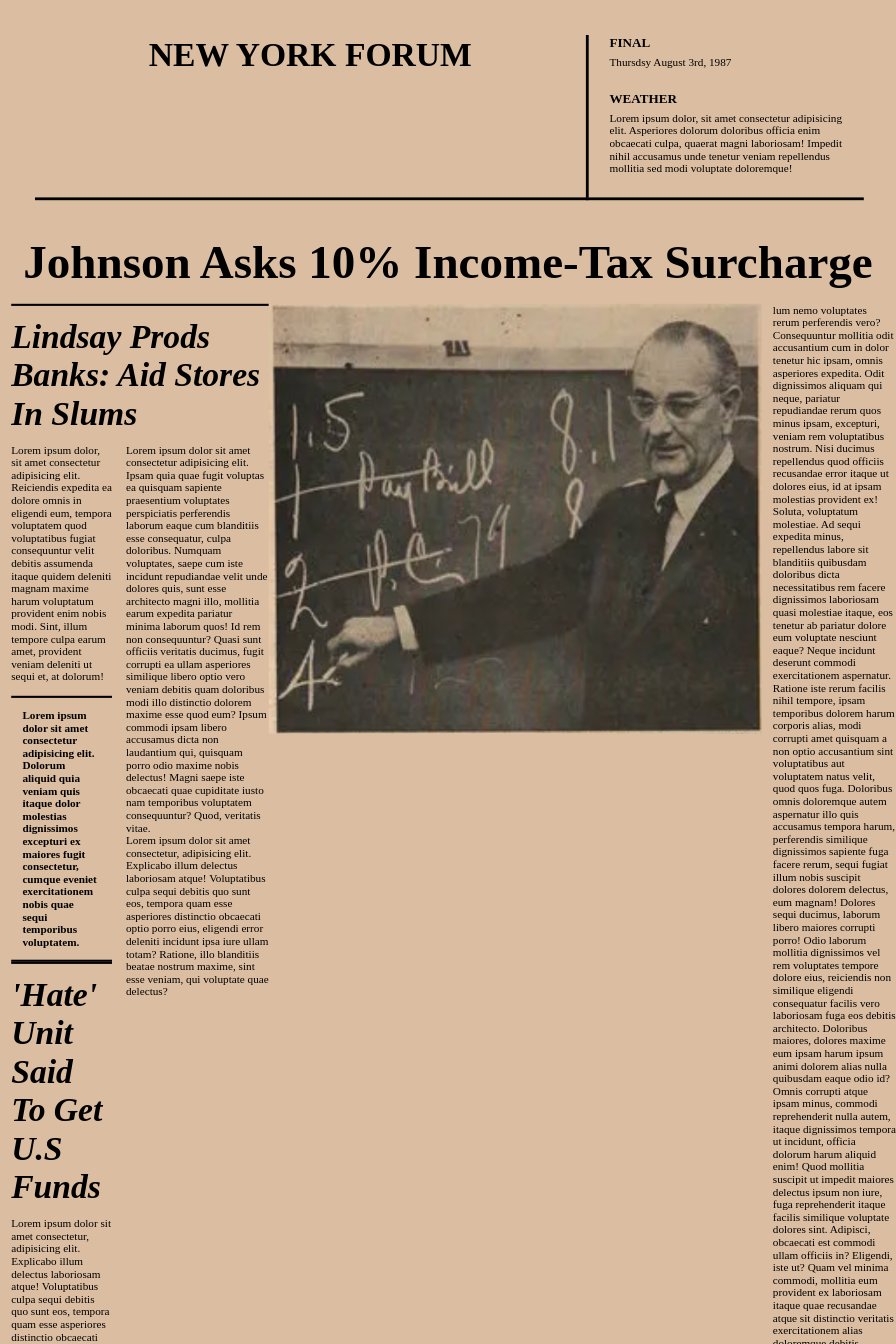
Repository: Arkitecth/newspaper-grid
Page: index.html
These files come from the project's save history. The page is drawn as it stood at one moment and after the next save; the edit follows.
The browser window is 1280 px wide. The pictures show the part of the page from y = 0 to 1920 px (the page is 2522 px tall before and 3522 px after), at 70% of full size.

Above is the page before, as saved 2023-05-29 18:12:07.

### index.html
<!DOCTYPE html>
<html lang="en">
<head>
    <meta charset="UTF-8">
    <meta http-equiv="X-UA-Compatible" content="IE=edge">
    <meta name="viewport" content="width=device-width, initial-scale=1.0">
    <link rel="stylesheet" href="styles.css">
    <title>News Paper</title>
</head>
<body>
    <header id="header">
        <div>
            <h1>New York Forum</h1>
        </div>
        <div class="aside">
            <h3>Final</h3>
            <p>Thursdsy August 3rd, 1987</p>

            <h3>Weather</h3>
            <p>Lorem ipsum dolor, sit amet consectetur adipisicing elit. Asperiores dolorum doloribus officia enim obcaecati culpa, quaerat magni laboriosam! Impedit nihil accusamus unde tenetur veniam repellendus mollitia sed modi voluptate doloremque!</p>
        </div>
        <div class="divider"></div>
        <div class="divider"></div>
    </header>
    <main>
        <h2>Johnson Asks 10% Income-Tax Surcharge</h2>
        <div class="main-grid">
            <div class="left-content">
                <h3>Lindsay Prods Banks: Aid Stores in Slums</h3>
                <div class="sub-grid">
                    <div class="left">
                        <p>Lorem ipsum dolor, sit amet consectetur adipisicing elit. Reiciendis expedita ea dolore omnis in eligendi eum, tempora voluptatem quod voluptatibus fugiat consequuntur velit debitis assumenda itaque quidem deleniti magnam maxime harum voluptatum provident enim nobis modi. Sint, illum tempore culpa earum amet, provident veniam deleniti ut sequi et, at dolorum!</p>
                        <br>
                        <p class="highlight">Lorem ipsum dolor sit amet consectetur adipisicing elit. Dolorum aliquid quia veniam quis itaque dolor molestias dignissimos excepturi ex maiores fugit consectetur, cumque eveniet exercitationem nobis quae sequi temporibus voluptatem.</p>
                        <h3>'Hate' Unit Said to Get U.S Funds</h3>
                        <p>Lorem ipsum dolor sit amet consectetur, adipisicing elit. Explicabo illum delectus laboriosam atque! Voluptatibus culpa sequi debitis quo sunt eos, tempora quam esse asperiores distinctio obcaecati optio porro eius, eligendi error deleniti incidunt ipsa iure ullam totam? Ratione, illo blanditiis beatae nostrum maxime, sint esse veniam, qui voluptate quae delectus?</p>
                    </div>
                    <div class="right">
                        <p>Lorem ipsum dolor sit amet consectetur adipisicing elit. Ipsam quia quae fugit voluptas ea quisquam sapiente praesentium voluptates perspiciatis perferendis laborum eaque cum blanditiis esse consequatur, culpa doloribus. Numquam voluptates, saepe cum iste incidunt repudiandae velit unde dolores quis, sunt esse architecto magni illo, mollitia earum expedita pariatur minima laborum quos! Id rem non consequuntur? Quasi sunt officiis veritatis ducimus, fugit corrupti ea ullam asperiores similique libero optio vero veniam debitis quam doloribus modi illo distinctio dolorem maxime esse quod eum? Ipsum commodi ipsam libero accusamus dicta non laudantium qui, quisquam porro odio maxime nobis delectus! Magni saepe iste obcaecati quae cupiditate iusto nam temporibus voluptatem consequuntur? Quod, veritatis vitae.</p>
                        <p>Lorem ipsum dolor sit amet consectetur, adipisicing elit. Explicabo illum delectus laboriosam atque! Voluptatibus culpa sequi debitis quo sunt eos, tempora quam esse asperiores distinctio obcaecati optio porro eius, eligendi error deleniti incidunt ipsa iure ullam totam? Ratione, illo blanditiis beatae nostrum maxime, sint esse veniam, qui voluptate quae delectus?</p>
                    </div>
                </div>
            </div>

            <div class="middle-content">
                <img src="assets/teacher.png" alt="teacher teaching stuff">
            </div>

            <div class="right-content">
                lum nemo voluptates rerum perferendis vero? Consequuntur mollitia odit accusantium cum in dolor tenetur hic ipsam, omnis asperiores expedita. Odit dignissimos aliquam qui neque, pariatur repudiandae rerum quos minus ipsam, excepturi, veniam rem voluptatibus nostrum. Nisi ducimus repellendus quod officiis recusandae error itaque ut dolores eius, id at ipsam molestias provident ex! Soluta, voluptatum molestiae. Ad sequi expedita minus, repellendus labore sit blanditiis quibusdam doloribus dicta necessitatibus rem facere dignissimos laboriosam quasi molestiae itaque, eos tenetur ab pariatur dolore eum voluptate nesciunt eaque? Neque incidunt deserunt commodi exercitationem aspernatur. Ratione iste rerum facilis nihil tempore, ipsam temporibus dolorem harum corporis alias, modi corrupti amet quisquam a non optio accusantium sint voluptatibus aut voluptatem natus velit, quod quos fuga. Doloribus omnis doloremque autem aspernatur illo quis accusamus tempora harum, perferendis similique dignissimos sapiente fuga facere rerum, sequi fugiat illum nobis suscipit dolores dolorem delectus, eum magnam! Dolores sequi ducimus, laborum libero maiores corrupti porro! Odio laborum mollitia dignissimos vel rem voluptates tempore dolore eius, reiciendis non similique eligendi consequatur facilis vero laboriosam fuga eos debitis architecto. Doloribus maiores, dolores maxime eum ipsam harum ipsum animi dolorem alias nulla quibusdam eaque odio id? Omnis corrupti atque ipsam minus, commodi reprehenderit nulla autem, itaque dignissimos tempora ut incidunt, officia dolorum harum aliquid enim! Quod mollitia suscipit ut impedit maiores delectus ipsum non iure, fuga reprehenderit itaque facilis similique voluptate dolores sint. Adipisci, obcaecati est commodi ullam officiis in? Eligendi, iste ut? Quam vel minima commodi, mollitia eum provident ex laboriosam itaque quae recusandae atque sit distinctio veritatis exercitationem alias doloremque debitis inventore accusantium perspiciatis ut cumque quis, nesciunt ducimus dolorum? Voluptate fugit excepturi soluta sed sunt perspiciatis. Harum nihil dolores magnam cumque quod sunt dicta hic consectetur perspiciatis, iste dolor iure quam modi facilis adipisci esse sapiente enim officiis, eius facere fuga ullam? Error, molestiae doloremque! Illum rerum nemo rem odio repudiandae, earum dolorum temporibus obcaecati accusamus pariatur dignissimos. Saepe officiis sed beatae aut obcaecati molestiae tenetur nostrum eum ad ipsam fuga dolores dolor veritatis culpa dolorum deserunt ipsa, fugit sit atque quibusdam. Ad porro maiores quis provident, ratione sint. Necessitatibus neque ullam sapiente aspernatur dolores ipsum at nulla. Et, qui consequatur! Ea unde accusamus doloremque!</p>
            </div>
        </div>
    </main>

</body>
</html>

### styles.css
* {
    padding: 0;
    margin: 0;
}

body {
    background-color: #dbbea1;
    max-width: 1500px;
}

h1,h3 {
    text-transform: uppercase;
}
#header {
    padding: 3.125rem;
    display: grid;
    grid-template-columns: 2fr 1fr;
}


#header h1 {
    text-align: center;
    font-size: 3rem;
}

h2 {
    text-align: center;
    width: 100%;
    font-size: 4.2rem;
}

.aside {
    border-left: 4px solid black;
    padding-left: 30px;
}

.aside p {
    padding-top: 0.5rem;
    margin-bottom: 2rem;
}

.divider {
    border: 2px solid black;
    width: 100%;
}

.main-grid{
    display: grid;
    grid-template-columns: 2fr 2fr 1fr;
    padding-top: 20px;
}

.sub-grid {
    display: grid;
    grid-template-columns: 1fr 1fr;
    gap: 20px;
}

.left-content h3 {
    font-size: 3rem;
    font-style: italic;
    border-top: 3px solid black;
    padding-bottom: 1rem;
    padding-top: 1rem;
    text-transform: capitalize;
}

.right {
    grid-column: 2 / span 4;
}


.right h3 {
    border: none;
    text-align: left;
    font-size: 2rem;

}


.left-content {
    padding-left: 1rem;
}

.right-content {
    padding-left: 1rem;
}

.highlight {
    font-weight: bold;
    border-top: 3px solid black;
    padding: 1rem;
    border-bottom: 3px solid black;
}

After the next save:
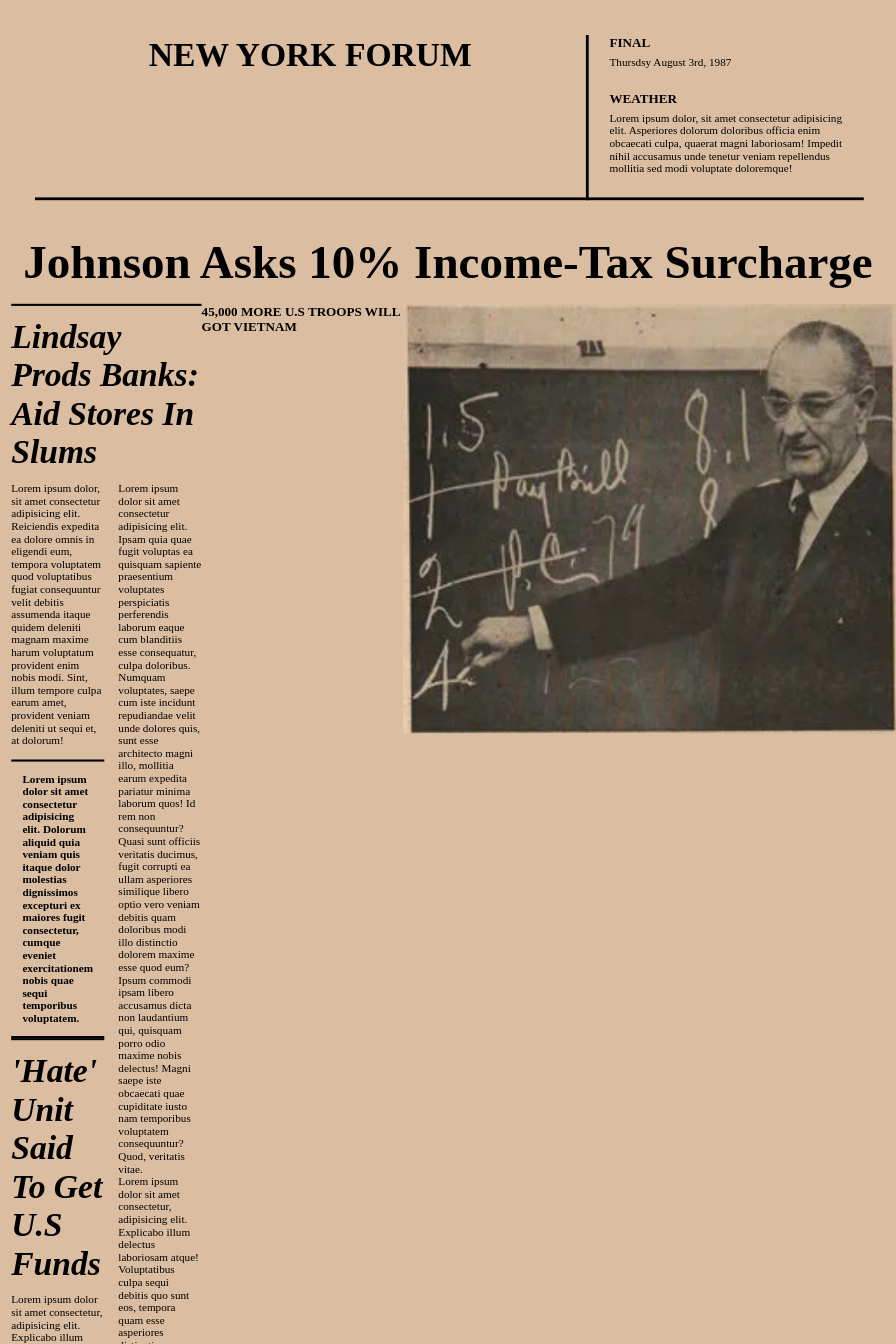
Saved 29 s later.
--- a/index.html
+++ b/index.html
@@ -41,7 +41,7 @@
                     </div>
                 </div>
             </div>
-
+            <h3>45,000 More U.S Troops Will got Vietnam</h3>
             <div class="middle-content">
                 <img src="assets/teacher.png" alt="teacher teaching stuff">
             </div>

After the save that followed:
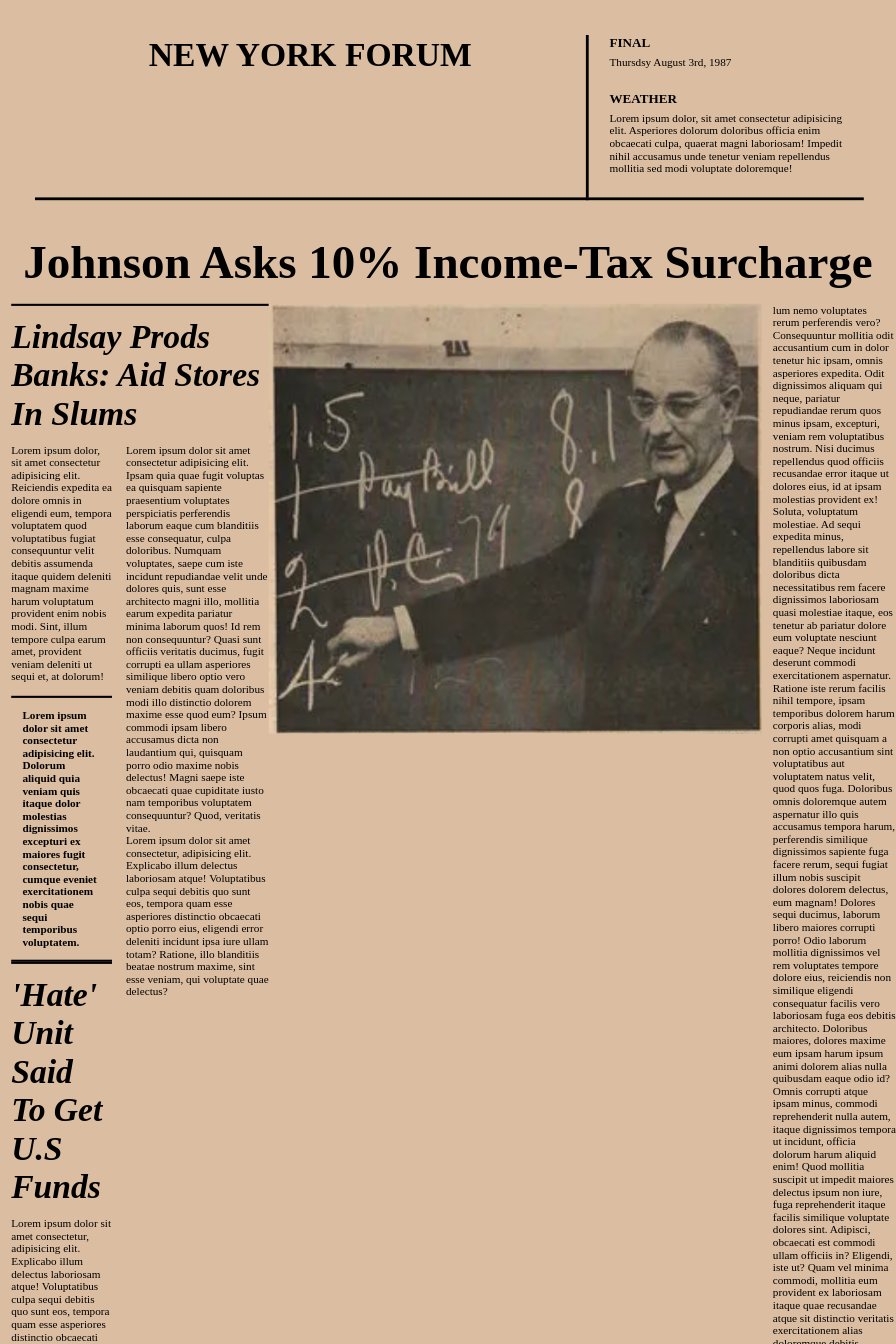
Saved 12 s later.
--- a/index.html
+++ b/index.html
@@ -41,7 +41,6 @@
                     </div>
                 </div>
             </div>
-            <h3>45,000 More U.S Troops Will got Vietnam</h3>
             <div class="middle-content">
                 <img src="assets/teacher.png" alt="teacher teaching stuff">
             </div>
